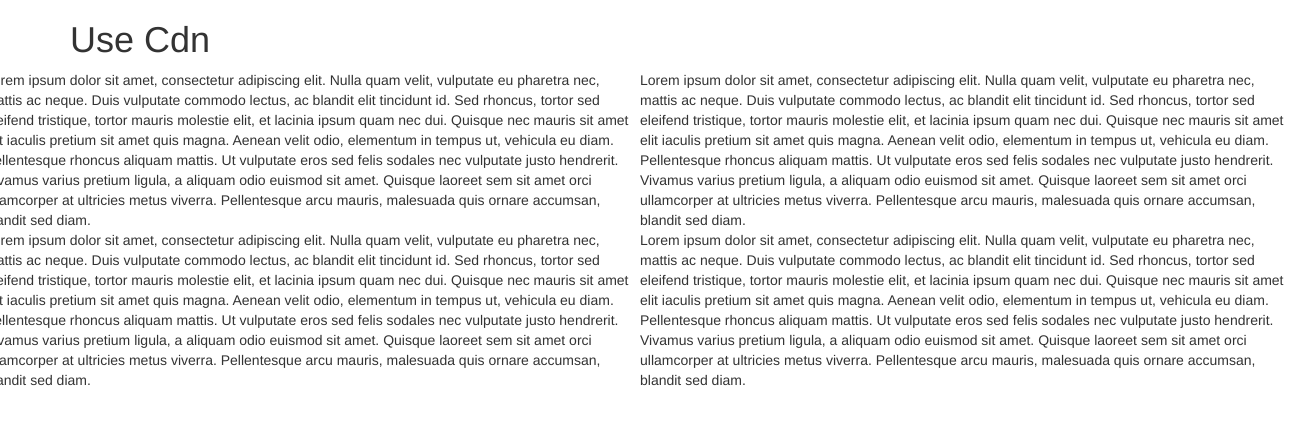
Repository: dishant8/Web-development
Page: public/WebDevWorkspace/experiment/WebContent/CSS/Bootstrap/0-cdn.html
An editor plug-in stored every save of this project. The page is shown before and after the next save, followed by the edit.
The browser window is 1280 px wide. The page is 1295 px wide, so the pictures cover 1295 px, including what lies to the right of the window. The pictures show the whole page.

Above is the page before, as saved 2015-09-30 16:48:26.

After the next save:
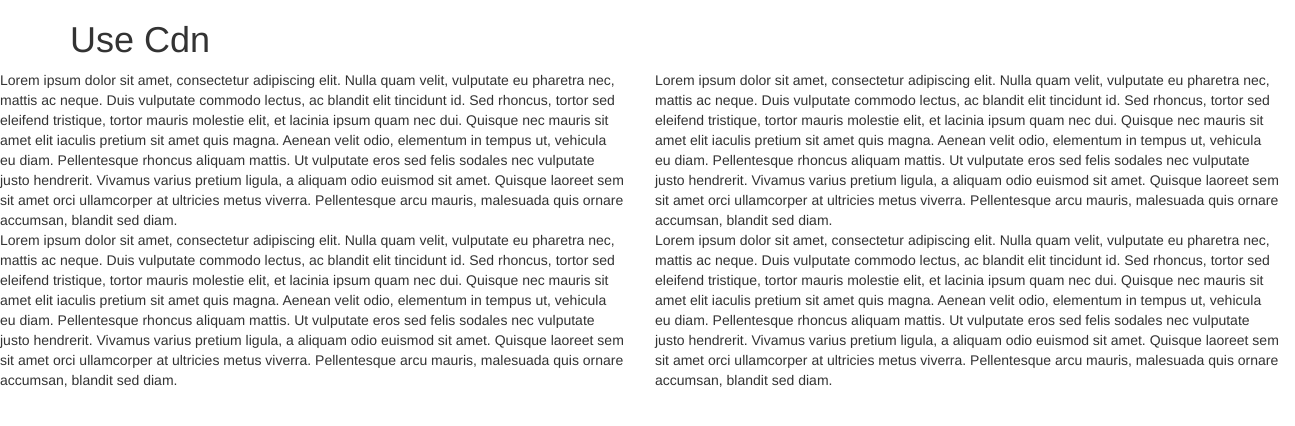
Saved 95 s later.
--- a/public/WebDevWorkspace/experiment/WebContent/CSS/Bootstrap/0-cdn.html
+++ b/public/WebDevWorkspace/experiment/WebContent/CSS/Bootstrap/0-cdn.html
@@ -7,13 +7,13 @@
 <!--  <link href="app/vendor/bootstrap/dist/css/bootstrap.min.css" rel="stylesheet" />-->
 
 <link href="https://maxcdn.bootstrapcdn.com/bootstrap/3.3.5/css/bootstrap.min.css" rel="stylesheet" />
-<style>
+<!-- <style>
 .col-lg-1, .col-lg-10, .col-lg-11, .col-lg-12, .col-lg-2, .col-lg-3, .col-lg-4, .col-lg-5, .col-lg-6, .col-lg-7, .col-lg-8, .col-lg-9, .col-md-1, .col-md-10, .col-md-11, .col-md-12, .col-md-2, .col-md-3, .col-md-4, .col-md-5, .col-md-6, .col-md-7, .col-md-8, .col-md-9, .col-sm-1, .col-sm-10, .col-sm-11, .col-sm-12, .col-sm-2, .col-sm-3, .col-sm-4, .col-sm-5, .col-sm-6, .col-sm-7, .col-sm-8, .col-sm-9, .col-xs-1, .col-xs-10, .col-xs-11, .col-xs-12, .col-xs-2, .col-xs-3, .col-xs-4, .col-xs-5, .col-xs-6, .col-xs-7, .col-xs-8, .col-xs-9 {
     position: relative;
     min-height: 1px;
     padding-right: 0px;
     padding-left: 0px;
-}
+} -->
 
 </style>
 </head>
